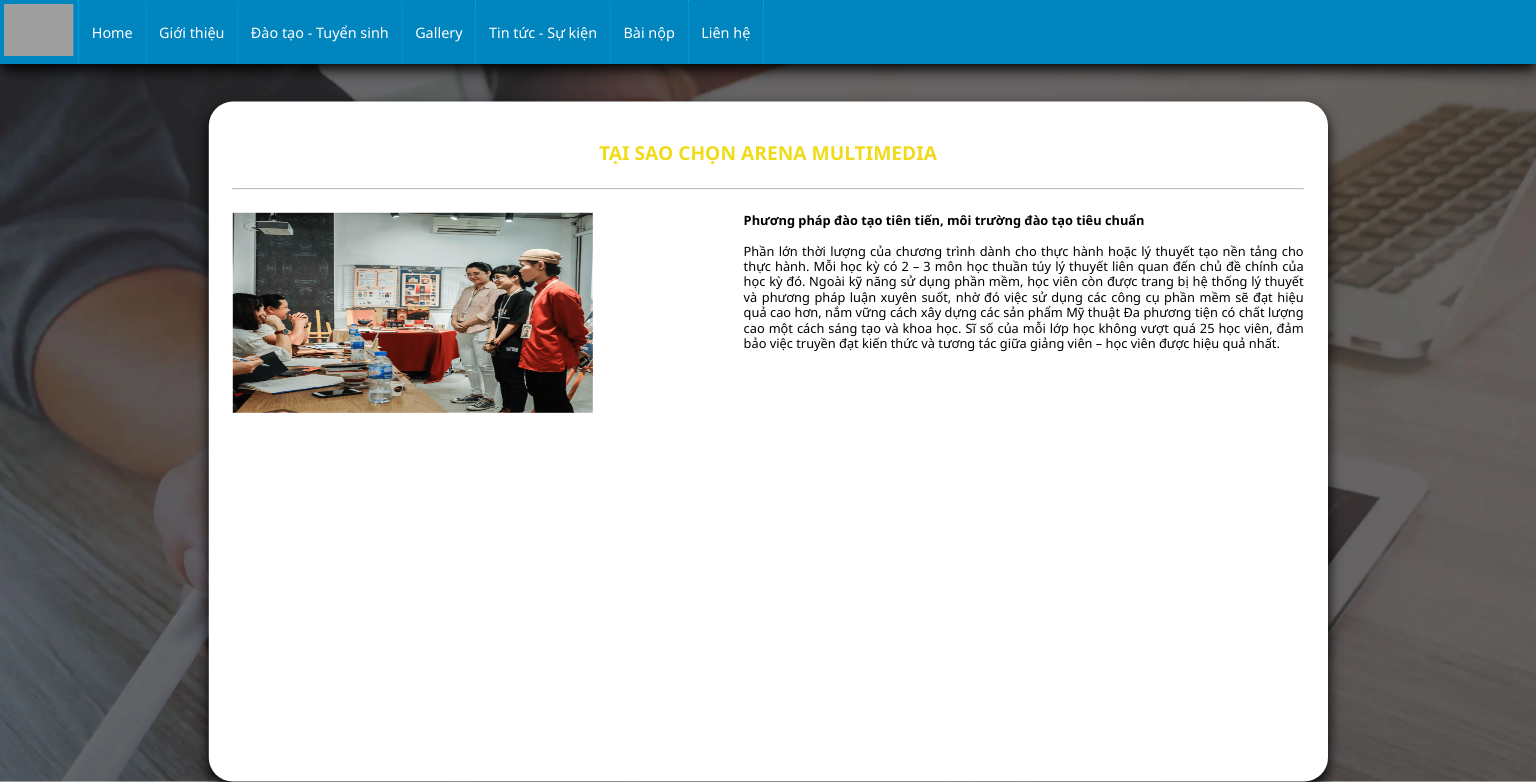
Repository: arena-dttan/dcw-final-exam-d2107m1
Page: final-list/DCW_Final_5_Nguyen-Thi-Thu-Huong_D2107M1/gioi-thieu.html
These files come from the project's save history. The page is drawn as it stood at one moment and after a run of saves; the edit follows.
The browser window is 1280 px wide. The page is 1920 px wide, so the pictures cover 1920 px, including what lies to the right of the window. The pictures show the whole page, at 80% of full size.
Pictures or frames that could not be fetched are drawn as grey boxes.

Above is the page before, as saved 2022-06-26 15:29:03.

### final-list/DCW_Final_5_Nguyen-Thi-Thu-Huong_D2107M1/gioi-thieu.html
<!DOCTYPE html>
<html>
<head>
    <meta charset="UTF-8">
    <link rel="stylesheet" href="index.css">
    <link rel="icon" href="./images/favicon.ico" />

</head>
<head>
    <!-- Các meta (siêu dữ liệu) -->
    <meta http-equiv="Content-Type" content="text/html; charset=utf-8" />

    <!-- Tiêu đề hiển thị trên thanh địa chỉ trình duyệt -->
    <title>Arena Mutimedia</title>

    <!-- icon trên thanh địa chỉ trình duyệt -->
    <link rel="icon" href="./images/favicon.ico" />

    <!-- Sử dụng font google -->
    <link rel="preconnect" href="https://fonts.googleapis.com">
    <link rel="preconnect" href="https://fonts.gstatic.com" crossorigin>
    <link href="https://fonts.googleapis.com/css2?family=Roboto:wght@100&display=swap" rel="stylesheet">

    <!-- external css -->
    <link rel="stylesheet" href="./css/style.css">
    <link rel="stylesheet" href="./css/menu.css">
    <link rel="stylesheet" href="./index.css">
</head>
<body id="container">
    <div id="main-menu">
        <ul class="menu">
            <li ><img style="height: 65px; margin: 5px;;" src="images/logo.webp" alt="logo"> </li>
            <li class="home">
            <a href="./index.html"> Home</a>
            </li>
            <li>
            <a href="./gioi-thieu.html"> Giới thiệu</a>
            </li>
            <li class="dropdown">
            <a class="dropdown-btn"> Đào tạo - Tuyển sinh</a>
            <div class="dropdown-content">
                <a href="./chuong-trinh-dao-tao.html">Đào tạo</a>
                <a href="./tuyen-sinh.html">Tuyển sinh</a>
            </div>
            <li>
                <a href="./gallery.html"> Gallery</a>
            </li>
            <li>
                <a href="./tin-tuc.html"> Tin tức - Sự kiện</a>
            </li>
            <li>
                <a href="./final-exam-list.html">Bài nộp</a>
            </li>

            <li>
                <a href="#">Liên hệ</a>
            </li>
            </li>
        </ul>
        <!-- id main content -->
         <div id="main-content">
            <div id="box-container">
                <div class="content">
                    <h2 style="color:rgb(240, 219, 26);">TẠI SAO CHỌN ARENA MULTIMEDIA</h2>
                    <br>
                    <hr>
                    <br>
                    <div class="img-test">
                        <img src="./images/gioi-thieu-1.png" alt="gioi-thieu-1">
                        <P>
                        <b><span>Phương pháp đào tạo tiên tiến, môi trường đào tạo tiêu chuẩn</span></b>
                        <br>
                        <br>
                        Phần lớn thời lượng của chương trình dành cho thực hành hoặc lý thuyết
                        tạo nền tảng cho thực hành. Mỗi học kỳ có 2 – 3 môn học thuần túy lý thuyết
                        liên quan đến chủ đề chính của học kỳ đó. Ngoài kỹ năng sử dụng phần
                        mềm, học viên còn được trang bị hệ thống lý thuyết và phương pháp luận
                        xuyên suốt, nhờ đó việc sử dụng các công cụ phần mềm sẽ đạt hiệu quả cao
                        hơn, nắm vững cách xây dựng các sản phẩm Mỹ thuật Đa phương tiện có
                        chất lượng cao một cách sáng tạo và khoa học.
                        Sĩ số của mỗi lớp học không vượt quá 25 học viên, đảm bảo việc truyền đạt
                        kiến thức và tương tác giữa giảng viên – học viên được hiệu quả nhất.</P></div>
                </div>
            </div>

        </div>
    </div>
</body>
</html>

### final-list/DCW_Final_5_Nguyen-Thi-Thu-Huong_D2107M1/index.css
/* Sử dụng cho định dạng main menu */
body, html {
    height: 100%;
    width: 1920px;
    background-image: url('images/head-bg.webp'); width: 1920px; height: 100%; background-repeat: no-repeat;
    font-family: 'Segoe UI';
}
* {
    margin: 0;
    padding: 0;
    box-sizing: border-box;
}
body {
    position: absolute;
}
#container {
    width: 1920px;
    height: 100%;
    justify-content: center;
    display: inline-block;
    margin: 0;
    padding: 0;
    display: inline-block;
}
#main-menu {
    max-width: 1920px;
    height: 100px;
    margin: 0;
    padding: 0;
}
.menu {
    height: 80px;
    line-height: 80px;
    text-align: center;
    justify-content: center;
    display: inline-block;
}
ul {
    list-style-type: none;
    overflow: hidden;
    background-color: #0085be;
    width: 100%;
    box-shadow: 0 8px 16px 0 rgba(0, 0, 0, 2);
    display: inline-block;
}
.home {
    border-left: 0.01em dotted #00aeef;
}
li {
    float: left;
    border-right: 0.01em dotted #00aeef;
    font-size: 18px;
}

li.dropdown {
    display: inline-block;
    min-width: 100px;
}

li a:hover,
.dropdown:hover {
    background: #00aeef;
}

li a,
.dropdown-btn {
    display: inline-block;
    color: white;
    text-align: center;
    padding: 0 16px;
    text-decoration: none;
}
.dropdown-content {
    display: none;
    position: absolute;
    background: #F8C800;
    background: #0085be;
    min-width: 200px;
    border-bottom: 0.01em dotted #00aeef;
    box-shadow: 0 8px 16px 0 rgba(0, 0, 0, 2);
    z-index: 1;
    top: 80px;
    transition: all .3s ease-in-out;
}
.dropdown-content a {
    color: white;
    padding: 10px 16px;
    text-decoration: none;
    display: block;
    text-align: center;
    line-height: 2;
}
.dropdown-content a:hover {
    background: #00aeef;
}
.dropdown:hover .dropdown-content {
    display: block;
}

.text {
    margin-left: 40px;
    padding-top: 150px;
}
.button {

    font-size: 18px;
    width: 150px;
    height: 50px;
    background: #F8C800;
    border-radius: 40px;
    color: white;
    margin-top: 10px;
    margin-left: 70px;
}
#main-content {
    width: 1920px;
    height: 100%;
    margin: 0;
    padding: 0;
    display: inline-block;
    align-items: center;
    justify-content: center;

}
#box-container {
    background-color: rgb(255, 255, 255);
    box-shadow: 0 8px 16px 0 rgba(0, 0, 0, 2);
    margin-top: 43px;
    background-color: rgb(255, 255, 255);
    box-shadow: 0 8px 16px 0 rgb(0 0 0);
    width: 1399px;
    height: 850px;
    border-radius: 55px;
    margin-left: auto;
    margin-right: auto;
    border-radius: 30px;

}
.content {
    margin: 30px;
    padding-top: 50px;
}
h2 {
    text-align: center;
}
p {
    float: right;
    position: relative;
    width: 700px;
    height: 350px;
    text-align: justify;
}
span {
    text-align: center;
}
img {
    float: left;
}

### final-list/DCW_Final_5_Nguyen-Thi-Thu-Huong_D2107M1/css/style.css
html {
    box-sizing: border-box;
    width: 100%;
    height: 100%;
}

body {
    width: 100%;
    height: 100%;
    background: url("../images/head-bg.webp");
    font-size: 16px;
    font-family: 'Segoe UI', Tahoma, Geneva, Verdana, sans-serif;
    line-height: 1.2;
}

* {
    margin: 0;
    padding: 0;
}

*,
*:before,
*:after {
    box-sizing: border-box;
}

input,
textarea,
select,
button {
    outline: none;
}

input {
    line-height: normal;
}

label,
button {
    cursor: pointer;
}

a {
    text-decoration: none;
}

img {
    display: block;
    max-width: 100%;
}

#container {
    width: 100%;
    height: 100%;
    text-align: center;
}

#logo {
    float: left;
}

#logo img {
    width: 130px;
    padding: 10px;
}

#header {
    background: #0085be;
    box-shadow: 0 8px 16px 0 rgba(0, 0, 0, 2);
}

#banner img {
    height: 500px;
    width: 100%;
}

#content-index {
    margin: 100px 10px 10px 50px;
}

.btn {
    width: 150px;
    height: 40px;
    line-height: 40px;
    background: #F8C800;
    display: block;
    text-align: center;
    text-transform: uppercase;
    font-weight: bold;
    border-radius: 2em;
    -webkit-border-radius: 2em;
    -moz-border-radius: 2em;
    -ms-border-radius: 2em;
    -o-border-radius: 2em;
    margin: 20px 50px;
}

.btn a {
    color: white;
}

#main-content {
    background: none;
    min-height: 400px;
    margin: 40px;
}

#main-page {
    background: white;
    color: black;
    border: 1px solid blue;
    border-radius: 3em;
    width: 80%;
    min-height: 400px;
    padding: 20px;
    display: inline-block;
    box-sizing: border-box;
    margin-bottom: 40px;
}

.content img {
    width: 450px;
    height: 250px;
}

.text-uppercase {
    text-transform: uppercase;
}

.main-title {
    color: #F8C800;
    font-size: 30px;
    font-weight: 700 !important;
    margin: 30px 0;
}

.normal-list {
    list-style-type: disc;
    margin: 10px;
    padding: 10px;
    overflow: visible;
    background: none;
}

.normal-list li {
    clear: both;
}

h4 {
    text-align: left;
    font-size: 20px;
}

h3 {
    padding-bottom: 20px;
}

hr {
    margin: 10px 0;
}

p {
    text-align: justify;
}

### final-list/DCW_Final_5_Nguyen-Thi-Thu-Huong_D2107M1/css/menu.css
/* Sử dụng cho định dạng main menu */

.menu {
    height: 80px;
    line-height: 80px;
}

.home {
    border-left: 0.01em dotted #00aeef;
}

ul {
    list-style-type: none;
    margin: 0;
    padding: 0;
    overflow: hidden;
    /* background: #F8C800; */
    background: #0085be;
    /* box-shadow: 0 8px 16px 0 rgba(0, 0, 0, 2); */
}

li {
    float: left;
    border-right: 0.01em dotted #00aeef;
    font-size: 18px;
}

li.dropdown {
    display: inline-block;
    min-width: 100px;
}

li a:hover,
.dropdown:hover {
    background: #00aeef;
}

li a,
.dropdown-btn {
    display: inline-block;
    color: white;
    text-align: center;
    padding: 0 16px;
    text-decoration: none;
}

.dropdown-content {
    display: none;
    position: absolute;
    /*background: #F8C800;
    */
    background: #0085be;
    min-width: 200px;
    border-bottom: 0.01em dotted #00aeef;
    box-shadow: 0 8px 16px 0 rgba(0, 0, 0, 2);
    z-index: 1;
    top: 80px;
    transition: all .3s ease-in-out;
}

.dropdown-content a {
    color: white;
    padding: 10px 16px;
    text-decoration: none;
    display: block;
    text-align: center;
    line-height: 2;
}

.dropdown-content a:hover {
    background: #00aeef;
}

.dropdown:hover .dropdown-content {
    display: block;
}

After the next 2 saves:
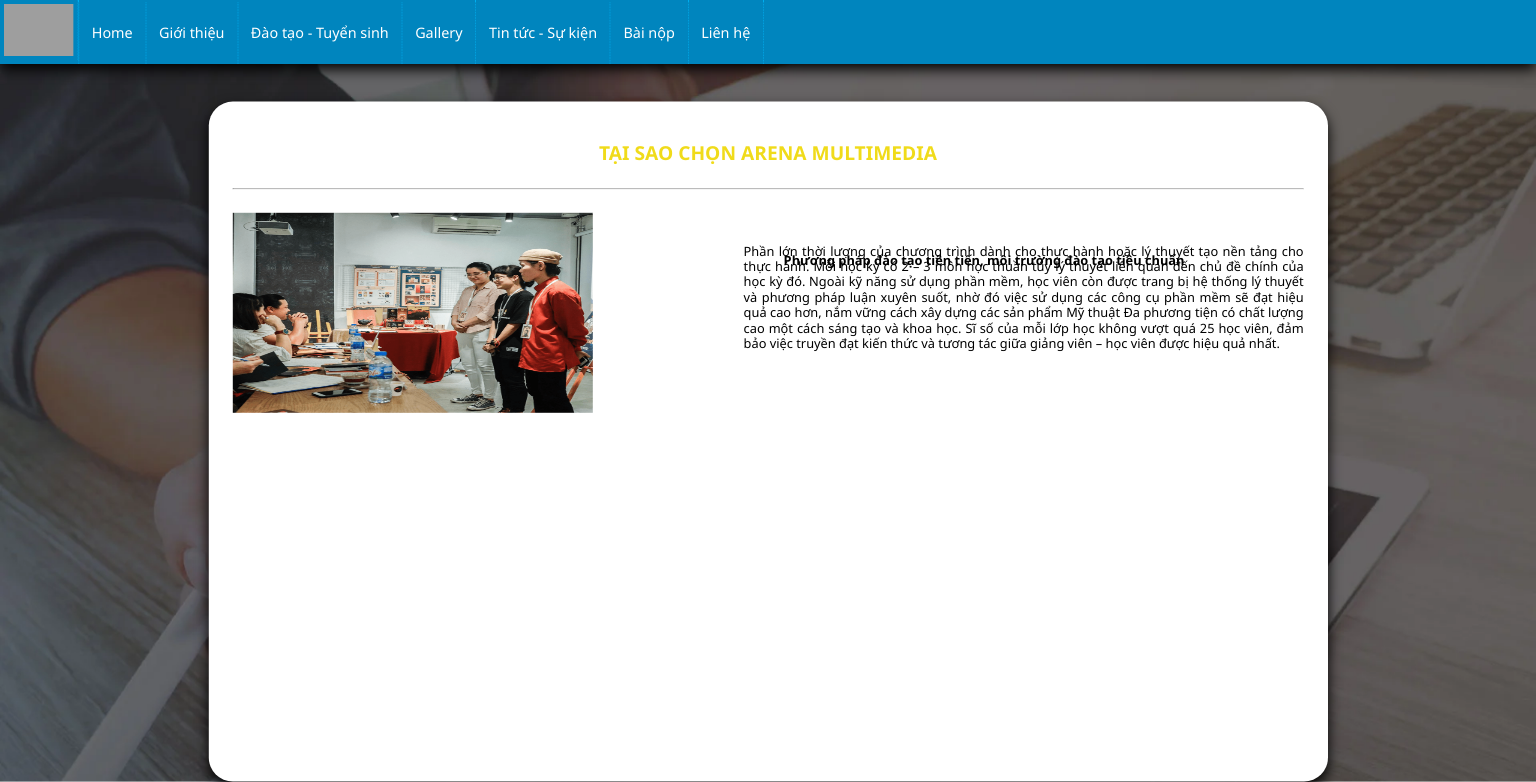
The 2 saves are shown as one change because they came seconds apart.
The last was saved 39 s later.
--- a/final-list/DCW_Final_5_Nguyen-Thi-Thu-Huong_D2107M1/index.css
+++ b/final-list/DCW_Final_5_Nguyen-Thi-Thu-Huong_D2107M1/index.css
@@ -152,6 +152,9 @@
 }
 span {
     text-align: center;
+    position: relative;
+    top: 50px;
+    left: 50px;
 }
 img {
     float: left;

After the save that followed:
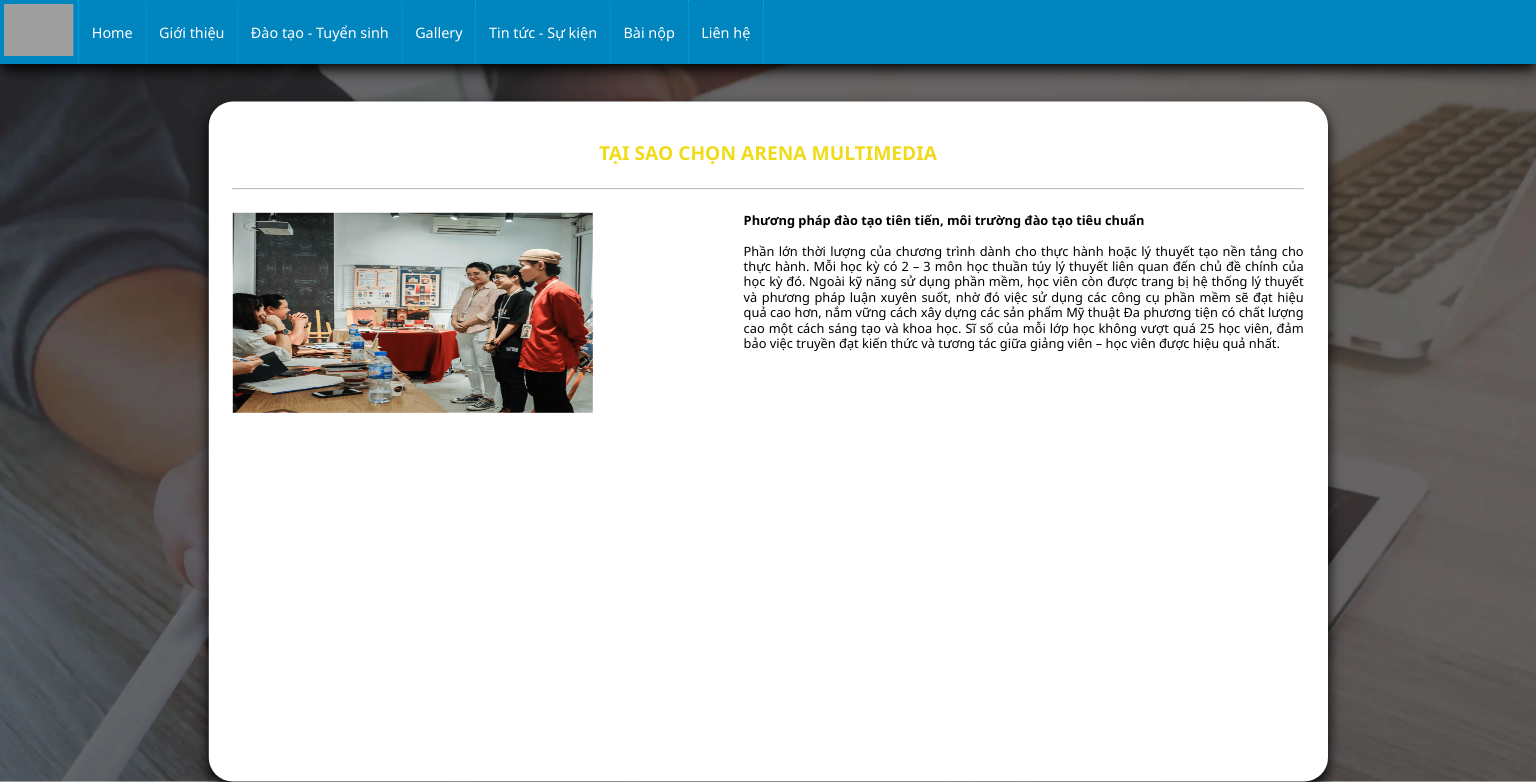
Saved 20 s later.
--- a/final-list/DCW_Final_5_Nguyen-Thi-Thu-Huong_D2107M1/index.css
+++ b/final-list/DCW_Final_5_Nguyen-Thi-Thu-Huong_D2107M1/index.css
@@ -151,8 +151,6 @@
     text-align: justify;
 }
 span {
-    text-align: center;
-    position: relative;
     top: 50px;
     left: 50px;
 }
